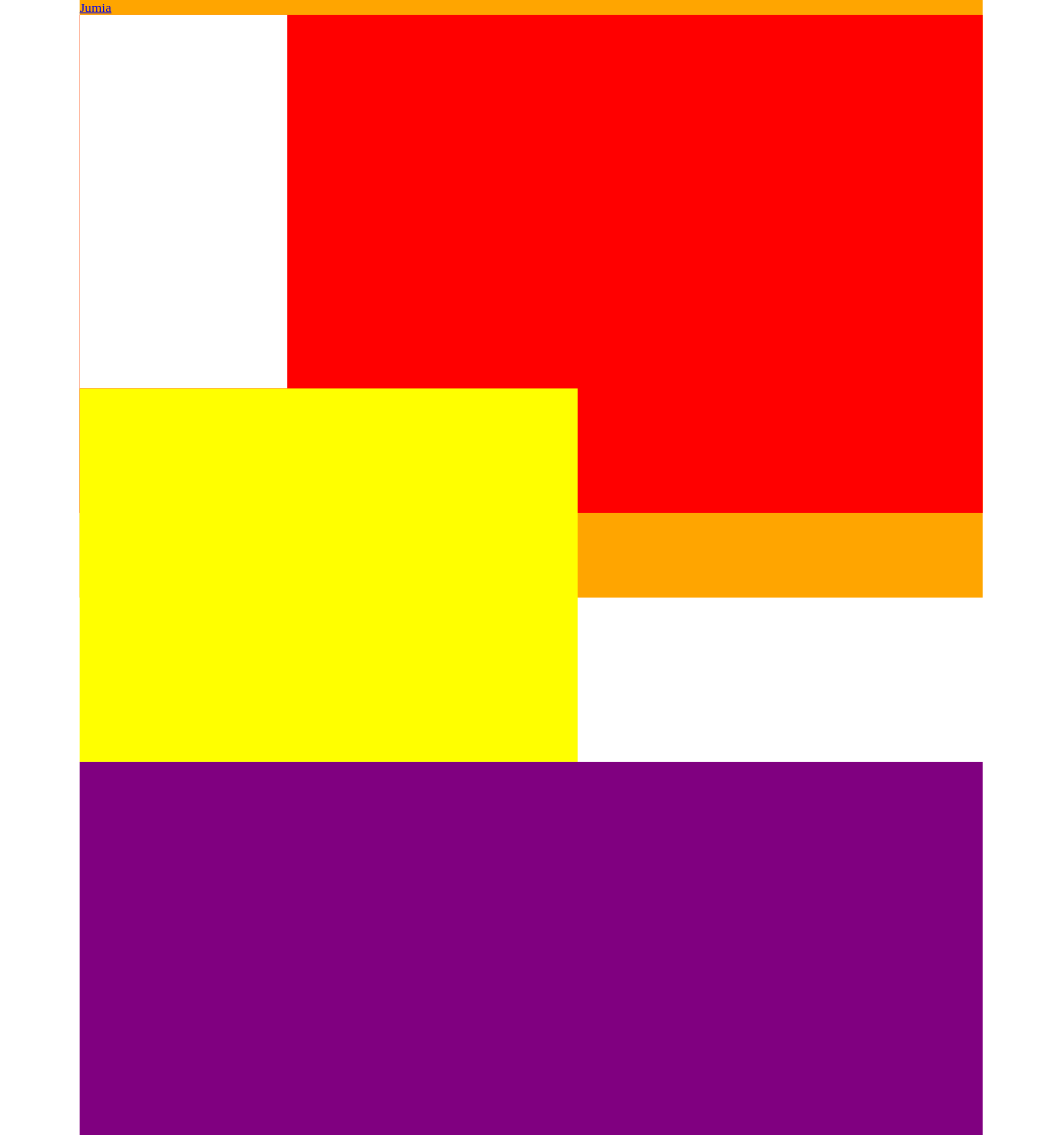
Repository: latenightsnacc/HTML-LESSONS
Page: WEB-DESIGN-3/Lessons/flex_layout.html
An editor plug-in stored every save of this project. The page is shown before and after the next save, followed by the edit.
The browser window is 1280 px wide. The pictures show the whole page, at 83% of full size.

Above is the page before, as saved 2022-02-04 14:18:26.

### WEB-DESIGN-3/Lessons/flex_layout.html
<!DOCTYPE html>
<html lang="en">
<head>
    <meta charset="UTF-8">
    <meta http-equiv="X-UA-Compatible" content="IE=edge">
    <meta name="viewport" content="width=device-width, initial-scale=1.0">
    <link rel="stylesheet" href="flex_layout.css" />
    <title>Flex Layout</title>
</head>
<body>
    <main class="wrapper">
        <!--Navigation Bar-->
        <header class="container">
            <nav>
                <!--Logo-->
                <a href="flex_layout.html">Jumia</a>
                <div>
                    <!---->
                </div>
            </nav>
        </header>
        <section class="container">
            <div class="row">
                <div class="sideMenu"></div>
                <div class="banner"></div>
                <div class="ads">
                    <div class="ad"></div>
                    <div class="ad"></div>
                </div>
            </div>
        </section>
    </main>

</body>
</html>

### WEB-DESIGN-3/Lessons/flex_layout.css
* {
    margin: 0;
    padding: 0;
    box-sizing: border-box;
}

.wrapper {
    width: 85%;
    background-color: orange;
    min-height: 100vh;
    margin: auto;
}
.row {
    background: red;
    width: 100%;
    height: 600px;
}
.sideMenu {
    background-color: white;
    width: 250px;
    height: 450px;
}

.banner {
    width: 600px;
    height: 450px;
    background-color: yellow;
}
.ads {
    background-color: purple;
    height: 450px;
    width: ;
}

After the next save:
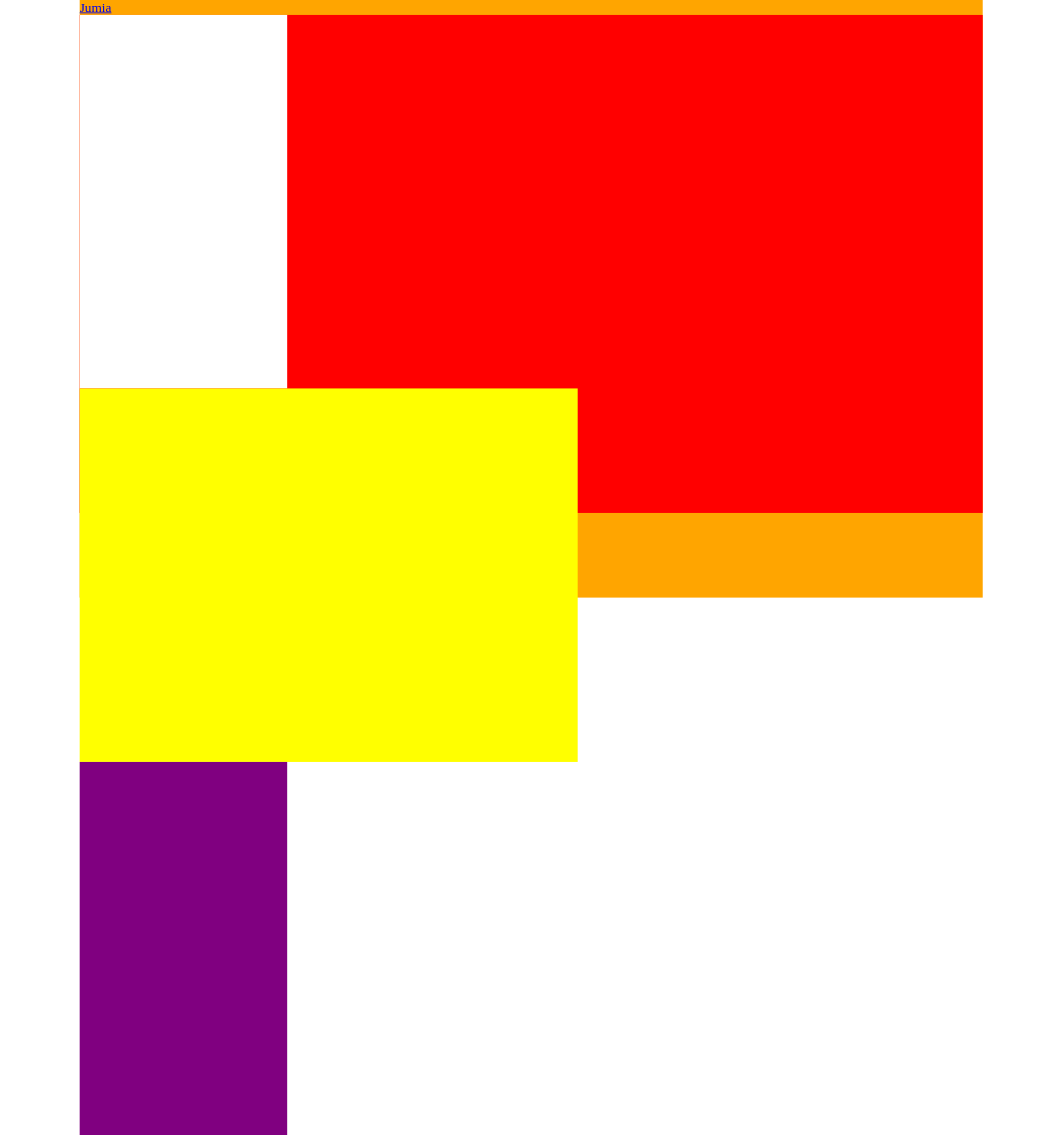
Saved 6 s later.
--- a/WEB-DESIGN-3/Lessons/flex_layout.css
+++ b/WEB-DESIGN-3/Lessons/flex_layout.css
@@ -29,5 +29,5 @@
 .ads {
     background-color: purple;
     height: 450px;
-    width: ;
+    width: 250px;
 }
